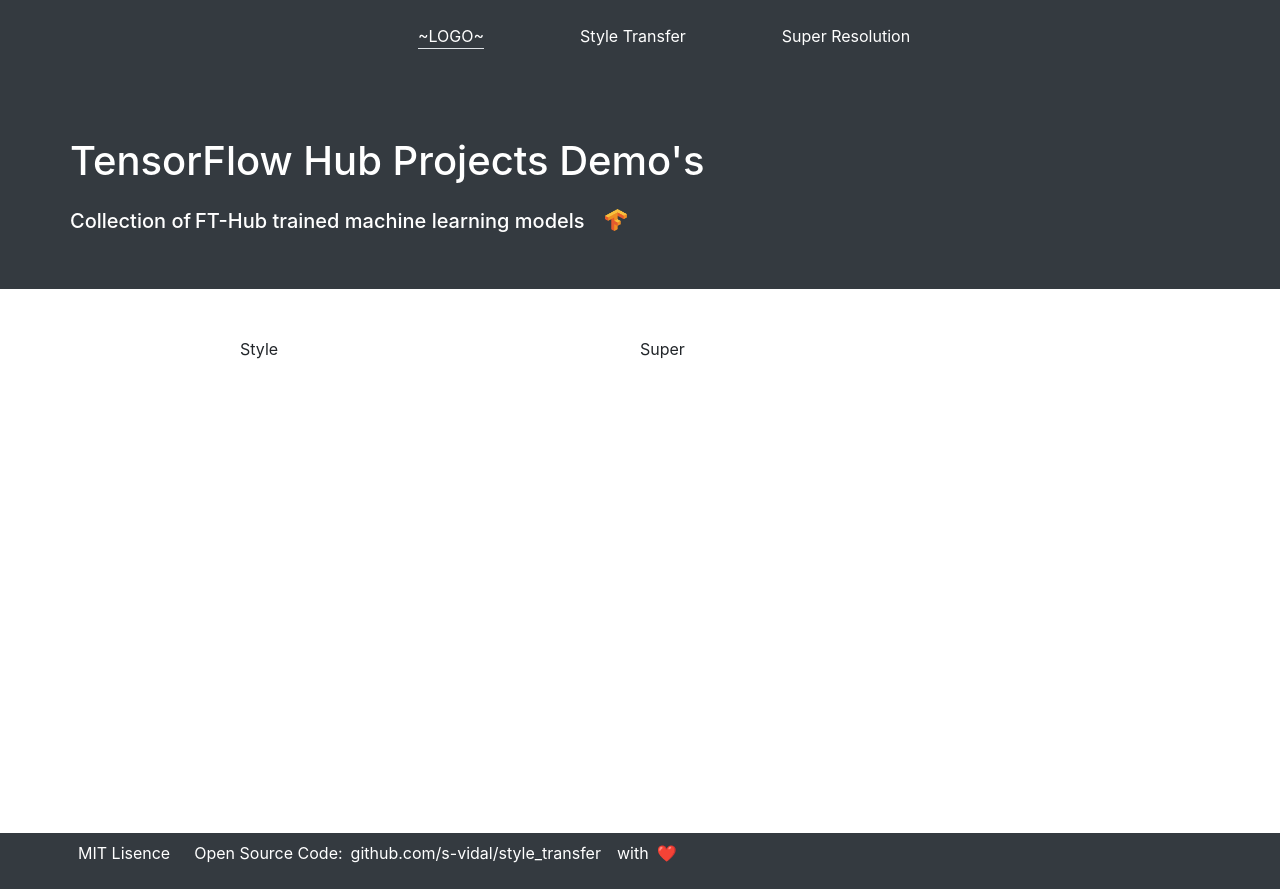
Repository: s-vidal/style_transfer
Page: / (app in client/)
An editor plug-in stored every save of this project. The page is shown before and after a run of saves, followed by the edit.
The browser window is 1280 px wide. The pictures show the whole page.
The page's requests for data from a server got no answer. The project was rebuilt for these pictures with package versions that can differ from the ones it lists, and the page was loaded fresh each time. A package was used in the major version that the imports need, not the one package.json lists. No one was signed in, and anything a server would have sent is missing. Also part of the build but not shown: client/src/components/DropZone.jsx, client/src/lib/api.js, client/src/components/Inference.jsx, client/src/components/Header.jsx, client/src/pages/StyleTransfer.jsx, client/src/pages/SuperResolution.jsx.

Above is the page before, as saved 2020-09-30 14:26:51.

After the next 3 saves:
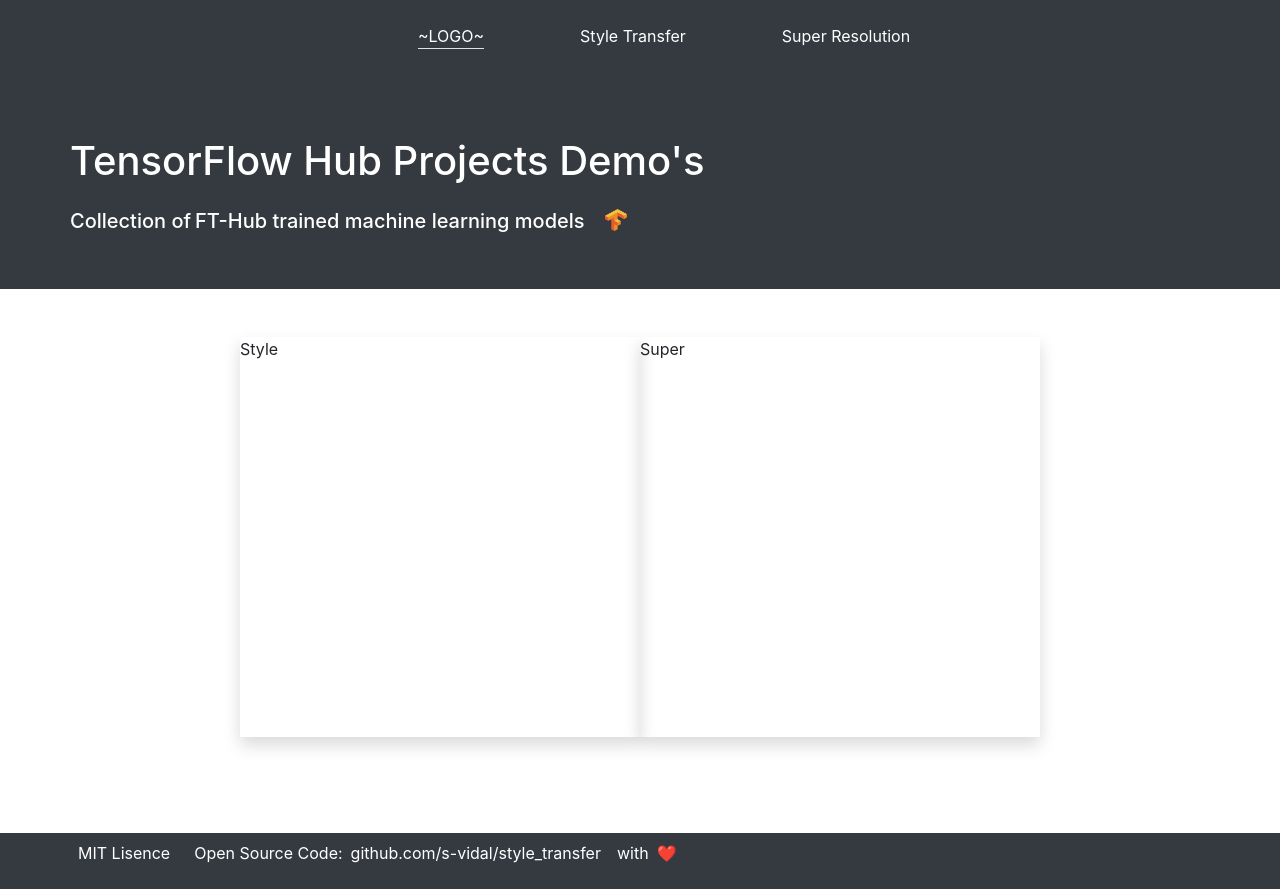
The 3 saves are shown as one change because they came seconds apart.
The last was saved 14 s later.
--- a/client/src/pages/HomePage.jsx
+++ b/client/src/pages/HomePage.jsx
@@ -30,8 +30,8 @@
       <div className="vh-59 p-5 pb-0">
         <div className="container">
           <div className="row d-flex justify-content-center">
-            <div className="home-item">Style</div>
-            <div className="home-item">Super</div>
+            <div className="home-item shadow">Style</div>
+            <div className="home-item shadow">Super</div>
           </div>
         </div>
       </div>
